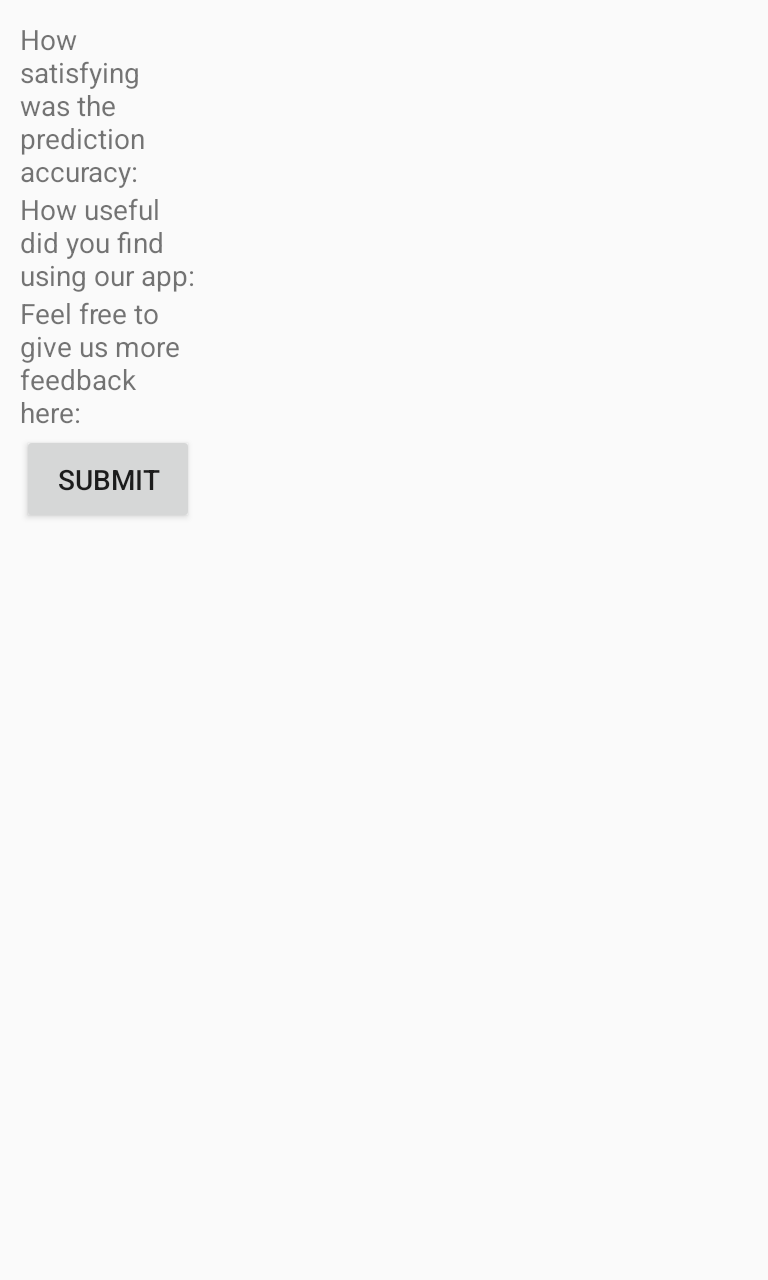
Repository: hessfr/contextRecognition
Layout: androidProjects/ContextRecognition/res/layout/activity_rating.xml
An editor plug-in stored every save of this project. The layout is shown before and after the next save, followed by the edit.
It is drawn on a 768 x 1280 px phone screen (xhdpi) without system bars, with theme AppTheme; the app's code is not run.

Above is the layout before, as saved 2014-05-30 07:25:34.

After the next save:
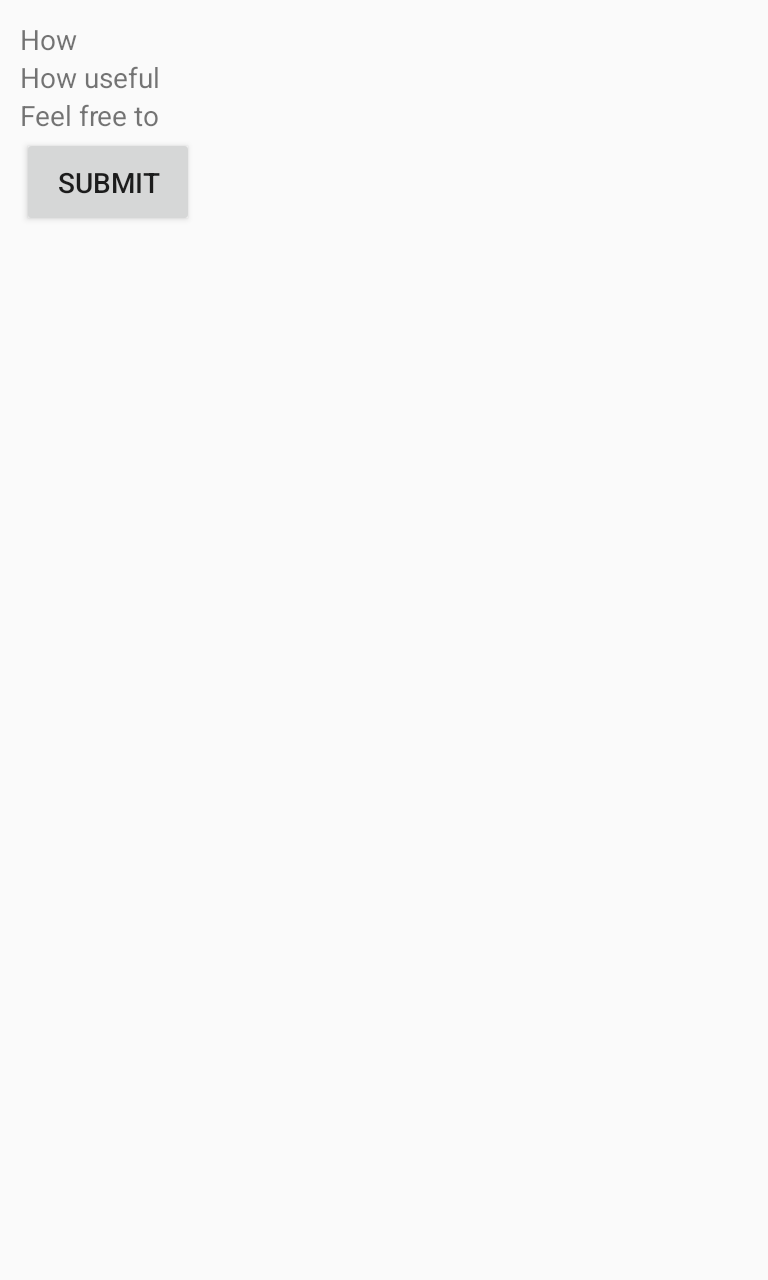
Saved 2 min 6 s later.
--- a/androidProjects/ContextRecognition/res/layout/activity_rating.xml
+++ b/androidProjects/ContextRecognition/res/layout/activity_rating.xml
@@ -5,19 +5,19 @@
     android:orientation="vertical"
     android:padding="10dp">
 
-    <RelativeLayout
-        android:layout_width="match_parent"
-        android:layout_height="match_parent" >
-
         <LinearLayout
 	        android:layout_width="wrap_content"
 	        android:layout_height="wrap_content"
 	        android:orientation="vertical">
 
+            <RelativeLayout
+		        android:layout_width="match_parent"
+		        android:layout_height="match_parent" >
 		    <TextView android:layout_width="fill_parent"
 		        android:layout_height="wrap_content"
 		        android:layout_centerHorizontal="True"
 		        android:text="@string/rating_accuracy_satisfaction"/>
+		    </RelativeLayout>
 
 		    <TextView android:layout_width="fill_parent"
 		        android:layout_height="wrap_content"
@@ -38,6 +38,4 @@
 
 	    </LinearLayout>
 
-    </RelativeLayout>
-
 </LinearLayout>
